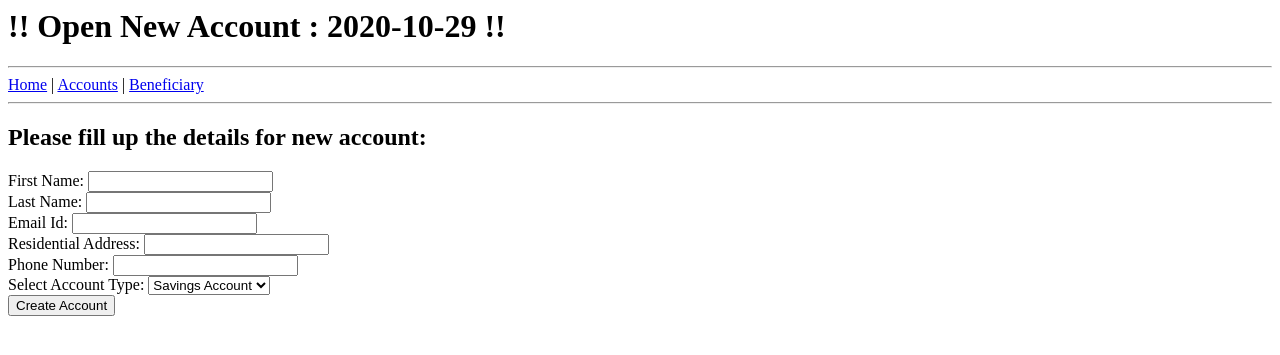
Repository: anik84/ibs
Page: http://localhost/IBS/user_open_account.jsp
An editor plug-in stored every save of this project. The page is shown before and after the next save, followed by the edit.
The browser window is 1280 px wide. The pictures show the whole page.
The page is served by Tomcat 9.

Above is the page before, as saved 2020-10-29 08:35:02.

After the next save:
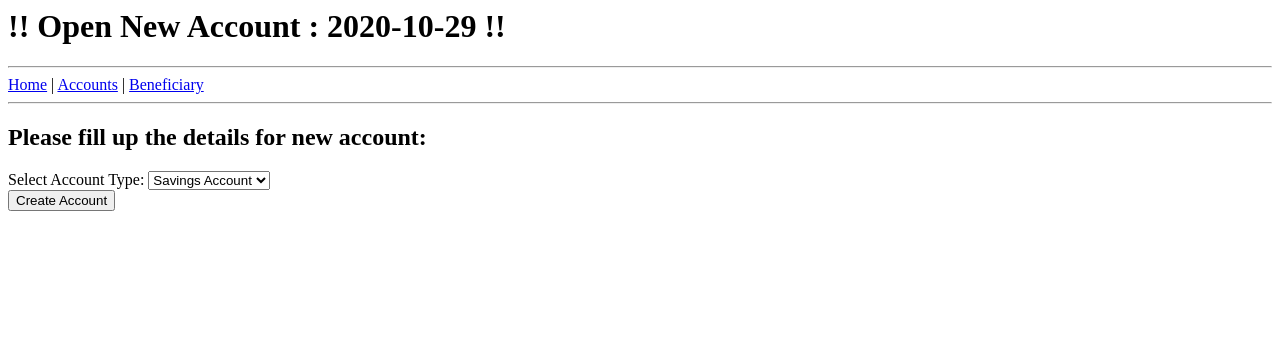
Saved 19 s later.
--- a/IBS_JSPs/IBS/WebContent/user_open_account.jsp
+++ b/IBS_JSPs/IBS/WebContent/user_open_account.jsp
@@ -14,25 +14,6 @@
 	<h2>Please fill up the details for new account:</h2>
 	<form action="newaccount" method="POST">
 		<div>
-			<label>First Name: </label> <input type="text" name="firstName"
-				required />
-		</div>
-		<div>
-			<label>Last Name: </label> <input type="text" name="lastName"
-				required />
-		</div>
-		<div>
-			<label>Email Id: </label> <input type="text" name="emailId" required />
-		</div>
-		<div>
-			<label>Residential Address: </label> <input type="text"
-				name="address" required />
-		</div>
-		<div>
-			<label>Phone Number: </label> <input type="number" name="phoneNo"
-				required />
-		</div>
-		<div>
 			Select Account Type: <select name="userCategory">
 				<option value="acctType_1">Savings Account</option>
 				<option value="acctType_2">Current Account</option>
